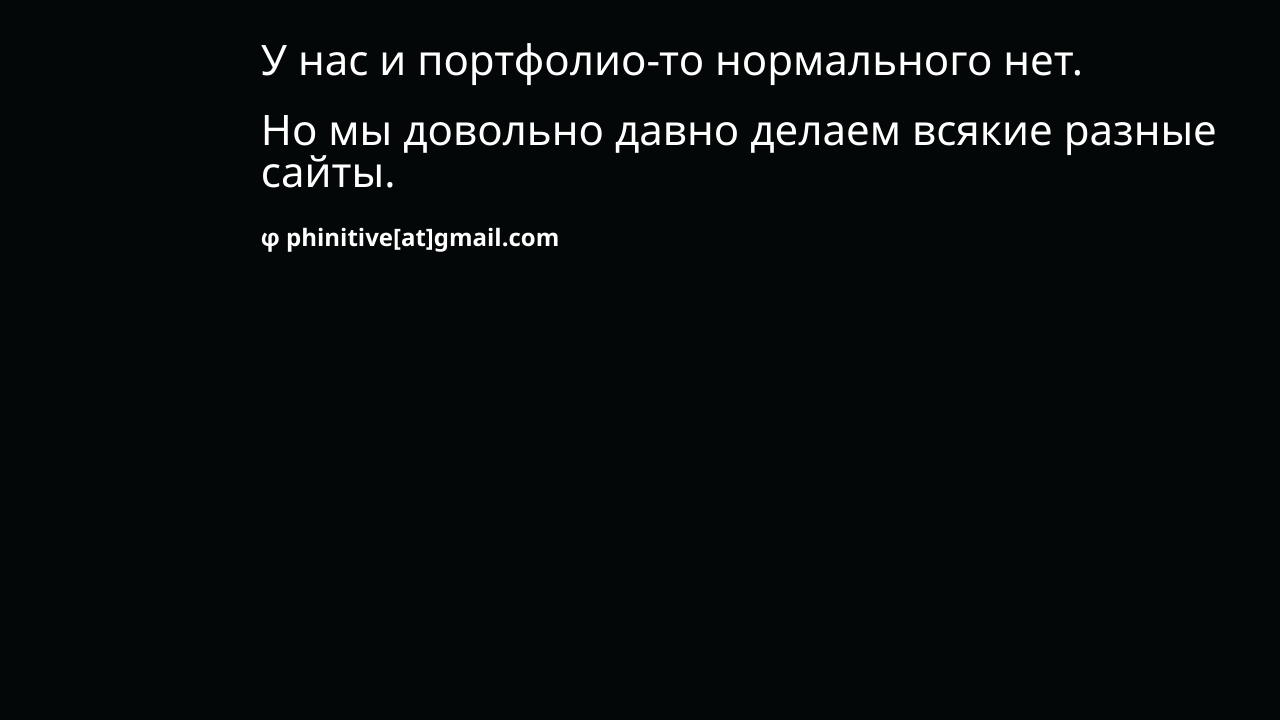
Repository: ptmt/phinitive
Page: index.html
These files come from the project's save history. The page is drawn as it stood at one moment and after the next save; the edit follows.
The browser window is 1280 px wide. The pictures show the whole page.
Some web libraries are served in a nearby version.

Above is the page before, as saved 2012-11-18 04:50:26.

After the next save:
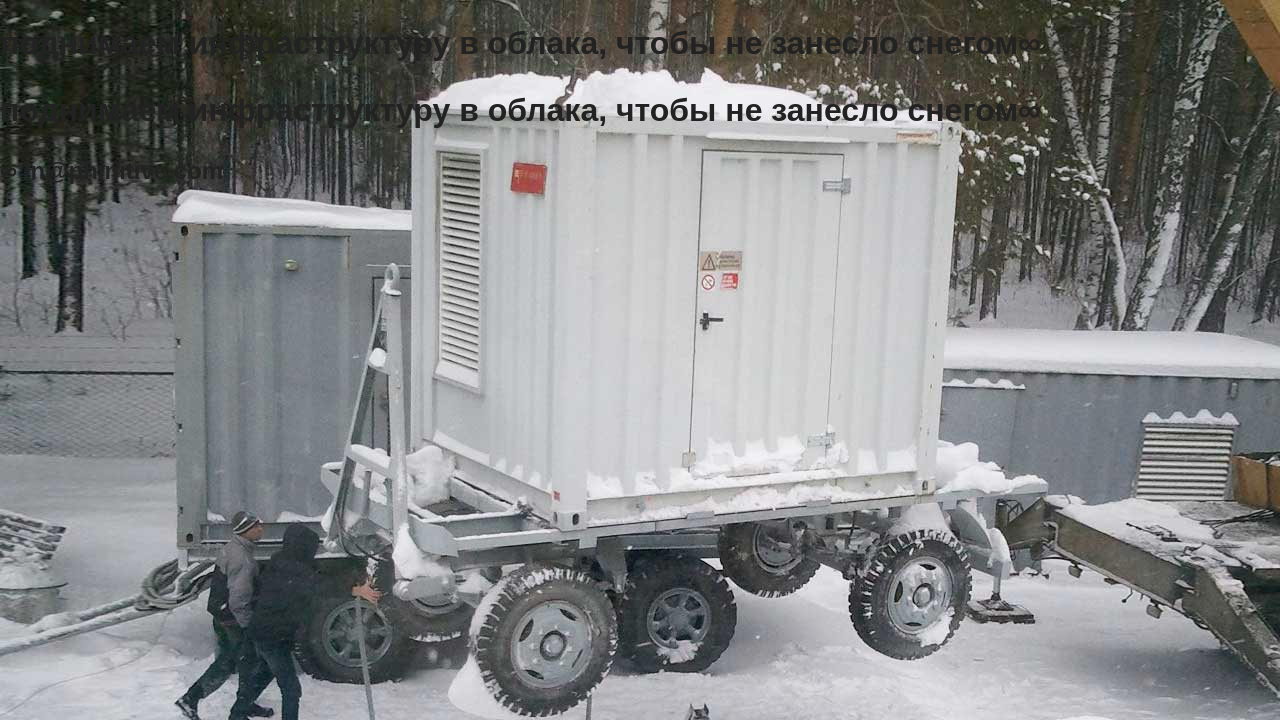
Saved 2 days later.
--- a/index.html
+++ b/index.html
@@ -1,19 +1,34 @@
 <!DOCTYPE html>
-<html><head><title>in.phinitive</title>
-<meta charset="utf-8">
-<style type="text/css">
-html {height: 100%;}
-body {background: #040707;font-family: "Segoe UI", Sans-Serif;color: #fff;font-size: 20px;background-size:100% auto;}
-.about {max-width: 80%;margin: 3% 0 0 20%;}
-.about h1 {font-weight: normal;font-size: 42px;line-height: 42px;}
-.about h2 {font-weight:bold; font-size:24px;}
-</style>
+<html class="no-js">
+    <head>
+        <meta charset="utf-8">
+        <meta http-equiv="X-UA-Compatible" content="IE=edge,chrome=1">
+        <title>&phi;&nbsp;&ndash;&nbsp;это финитив. </title>
+        <meta name="description" content="">
+        <meta name="viewport" content="width=device-width">
 
-</head>
-<body>
-<div class="about">
-	<h1>У нас и портфолио-то нормального нет.</h1>
-	<h1>Но мы довольно давно делаем всякие разные сайты.</h1>
-	<h2>&phi; phinitive[at]gmail.com</h2>
-</div>
-</body>
+        <link rel="stylesheet" href="css/normalize.min.css">
+        <link rel="stylesheet" href="css/main.css">
+        <script type="text/javascript">
+          var _gaq = _gaq || []; _gaq.push(['_setAccount', 'UA-28290969-1']);_gaq.push(['_trackPageview']);
+
+          (function() {
+            var ga = document.createElement('script'); ga.type = 'text/javascript'; ga.async = true;
+            ga.src = ('https:' == document.location.protocol ? 'https://ssl' : 'http://www') + '.google-analytics.com/ga.js';
+            var s = document.getElementsByTagName('script')[0]; s.parentNode.insertBefore(ga, s);
+          })();
+
+        </script>
+        <script src="js/vendor/modernizr-2.6.1.min.js"></script>
+    </head>
+    <body>
+        <div class="phi">
+            <h1>У нас и портфолио-то нормального нет.</h1>
+            <h1>Но мы довольно давно делаем всякие разные сайты.</h1>
+            <h2>&infin; in@phinitive.com</h2>
+        </div>
+        <script src="//ajax.googleapis.com/ajax/libs/jquery/1.8.2/jquery.min.js"></script>
+        <script>window.jQuery || document.write('<script src="js/vendor/jquery-1.8.2.min.js"><\/script>')</script>
+        <script src="js/main.js"></script>
+    </body>
+</html>
